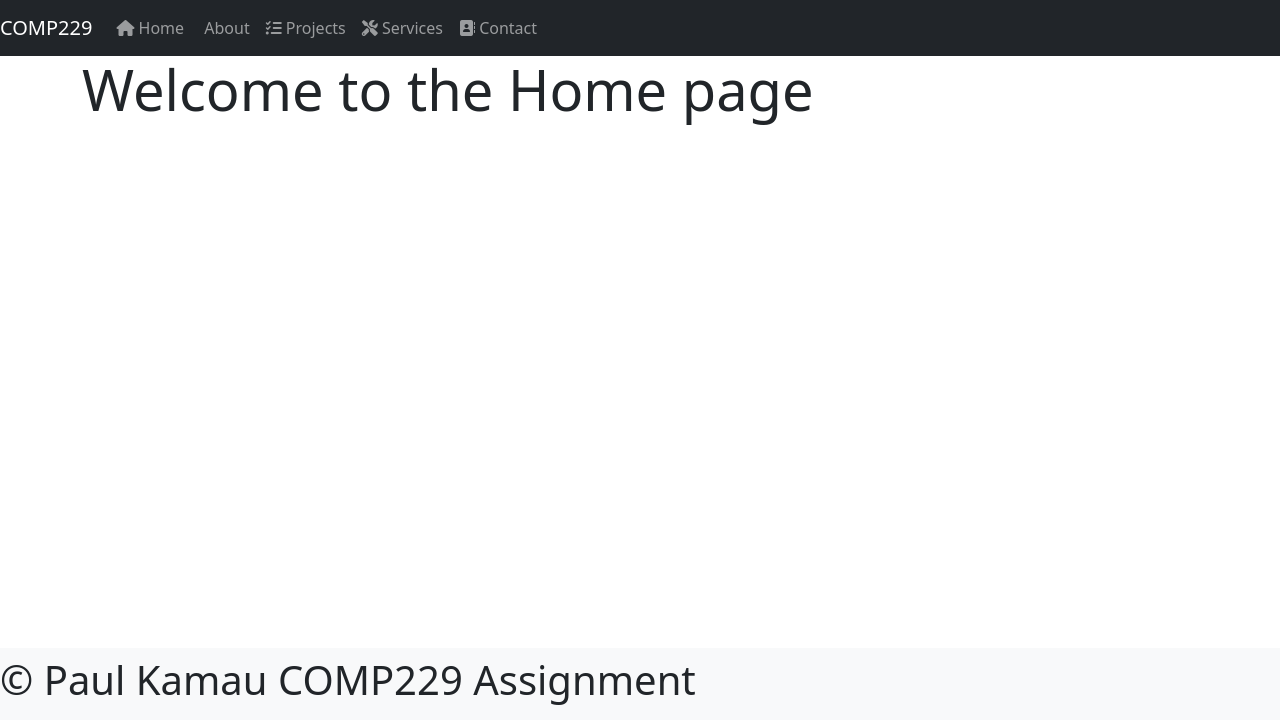
Repository: kiruriluap/COMP229-M2022-Labs
Page: http://localhost/home
An editor plug-in stored every save of this project. The page is shown before and after a run of saves, followed by the edit.
The browser window is 1280 px wide. The pictures show the whole page.
The page is served by the project's Node server (server.js). Other server files are loaded and not shown.

Above is the page before, as saved 2022-05-28 18:09:48.

### week3-6 Partials - Copy - Copy/views/index.ejs
<!DOCTYPE html>
<html lang="en">
<head>
  <meta charset="UTF-8">
  <meta http-equiv="X-UA-Compatible" content="IE=edge">
  <meta name="viewport" content="width=device-width, initial-scale=1.0">
  <title><%= title %></title>
<!-- CSS Section -->
<link rel="stylesheet" href="/bootstrap/dist/css/bootstrap.min.css">
<link rel="stylesheet" href="/@fortawesome/fontawesome-free/css/all.min.css">
  <link rel='stylesheet' href='/content/app.css' />
</head>
<body>
  <!-- Main Navigator -->
  <nav class="navbar navbar-expand-lg navbar-dark bg-dark">
    <!-- <div class="container-fluid"> -->
      <a class="navbar-brand" href="/">COMP229</a>
      <button class="navbar-toggler" type="button" data-bs-toggle="collapse" data-bs-target="#navbarSupportedContent" aria-controls="navbarSupportedContent" aria-expanded="false" aria-label="Toggle navigation">
        <span class="navbar-toggler-icon"></span>
      </button>

      <div class="collapse navbar-collapse" id="navbarSupportedContent">
        <ul class="navbar-nav ml-auto">

          <% if(title == "Home"){%>
            <li class="nav-item active">
          <%}
          else{%>
            <li class="nav-item ">
          <%} %>
            <a class="nav-link " href="/home"><i class="fa-solid fa-house"></i> Home </a>
          </li>

          <% if(title == "About"){%>
            <li class="nav-item active">
          <%}
          else{%>
            <li class="nav-item ">
          <%} %>
            <a class="nav-link " href="/about"><i class="fa-solid fa-golf-flag-hole"></i> About </a>
          </li>

          <% if(title == "Projects"){%>
            <li class="nav-item active">
          <%}
          else{%>
            <li class="nav-item ">
          <%} %>
            <a class="nav-link " href="Projects"><i class="fa-solid fa-list-check"></i> Projects </a>
          </li>

          <% if(title == "Services"){%>
            <li class="nav-item active">
          <%}
          else{%>
            <li class="nav-item ">
          <%} %>
            <a class="nav-link " href="/services"><i class="fa-solid fa-screwdriver-wrench"></i> Services </a>
          </li>

          <% if(title == "Contact"){%>
            <li class="nav-item active">
          <%}
          else{%>
            <li class="nav-item ">
          <%} %>
            <a class="nav-link " href="contact"><i class="fa-solid fa-address-book"></i> Contact </a>
          </li>

    </div>
  </nav>

  <!-- Main Content -->
  <main class="container">
    <div class="jumbotron">
      <h1 class="display-4">Welcome to the <%= title %> page</h1>
      </div>
  </main>
<!--Bottom Nav-->
<footer>
  <nav class="navbar fixed-bottom navbar-light bg-light">
  <h1 class="display-6">&copy; Paul Kamau COMP229 Assignment
</nav>
  </footer>

<!-- Script Section -->
<script src="/jquery/dist/jquery.min.js"></script>
<script src="/bootstrap/dist/js/bootstrap.min.js"></script>
    <script src="/Scripts/app.js"></script>
</body>
</html>

### week3-6 Partials - Copy - Copy/server.js
#!/usr/bin/env node

/**
 * Module dependencies.
 */

var app = require('./app');
var debug = require('debug')('week3-2:server');
var http = require('http');

/**
 * Get port from environment and store in Express.
 */

var port = normalizePort(process.env.PORT || '3000');
app.set('port', port);

/**
 * Create HTTP server.
 */

var server = http.createServer(app);

/**
 * Listen on provided port, on all network interfaces.
 */

server.listen(port);
server.on('error', onError);
server.on('listening', onListening);

/**
 * Normalize a port into a number, string, or false.
 */

function normalizePort(val) {
  var port = parseInt(val, 10);

  if (isNaN(port)) {
    // named pipe
    return val;
  }

  if (port >= 0) {
    // port number
    return port;
  }

  return false;
}

/**
 * Event listener for HTTP server "error" event.
 */

function onError(error) {
  if (error.syscall !== 'listen') {
    throw error;
  }

  var bind = typeof port === 'string'
    ? 'Pipe ' + port
    : 'Port ' + port;

  // handle specific listen errors with friendly messages
  switch (error.code) {
    case 'EACCES':
      console.error(bind + ' requires elevated privileges');
      process.exit(1);
      break;
    case 'EADDRINUSE':
      console.error(bind + ' is already in use');
      process.exit(1);
      break;
    default:
      throw error;
  }
}

/**
 * Event listener for HTTP server "listening" event.
 */

function onListening() {
  var addr = server.address();
  var bind = typeof addr === 'string'
    ? 'pipe ' + addr
    : 'port ' + addr.port;
  debug('Listening on ' + bind);
}

### week3-6 Partials - Copy - Copy/routes/index.js
var express = require('express');
var router = express.Router();

/* GET Home page. */
router.get('/', function(req, res, next) {
  res.render('index', { title: 'Home' });
});

/* GET Home page. */
router.get('/home', function(req, res, next) {
  res.render('index', { title: 'Home' });
});

/* GET About Me page. */
router.get('/about', function(req, res, next) {
  res.render('index', { title: 'About' });
});

/* GET Projects page. */
router.get('/projects', function(req, res, next) {
  res.render('index', { title: 'Projects' });
});

/* GET Services page. */
router.get('/services', function(req, res, next) {
  res.render('index', { title: 'Services' });
});

/* GET Contact page. */
router.get('/Contact', function(req, res, next) {
  res.render('index', { title: 'Contact' });
});

module.exports = router;

### week3-6 Partials - Copy - Copy/app.js
//installed 3rd party packages
let createError = require('http-errors');
let express = require('express');
let path = require('path');
let cookieParser = require('cookie-parser');
let logger = require('morgan');

let indexRouter = require('./routes/index');
let usersRouter = require('./routes/users');

let app = express();

// view engine setup
app.set('views', path.join(__dirname, 'views'));
app.set('view engine', 'ejs');//express -e

app.use(logger('dev'));
app.use(express.json());
app.use(express.urlencoded({ extended: false }));
app.use(cookieParser());
app.use(express.static(path.join(__dirname, 'public')));
app.use(express.static(path.join(__dirname, 'node_modules')));

app.use('/', indexRouter);
app.use('/users', usersRouter);

// catch 404 and forward to error handler
app.use(function(req, res, next) {
  next(createError(404));
});

// error handler
app.use(function(err, req, res, next) {
  // set locals, only providing error in development
  res.locals.message = err.message;
  res.locals.error = req.app.get('env') === 'development' ? err : {};

  // render the error page
  res.status(err.status || 500);
  res.render('error');
});

module.exports = app;

### week3-6 Partials - Copy - Copy/public/Scripts/app.js
//IIFE --Immedistely involved function expression
(function(){

function start()
{
console.log("App started........");
}

window.addEventListener("load", start);

})();

### week3-6 Partials - Copy - Copy/public/Content/app.css
/* custom css goes here */

After the next 4 saves:
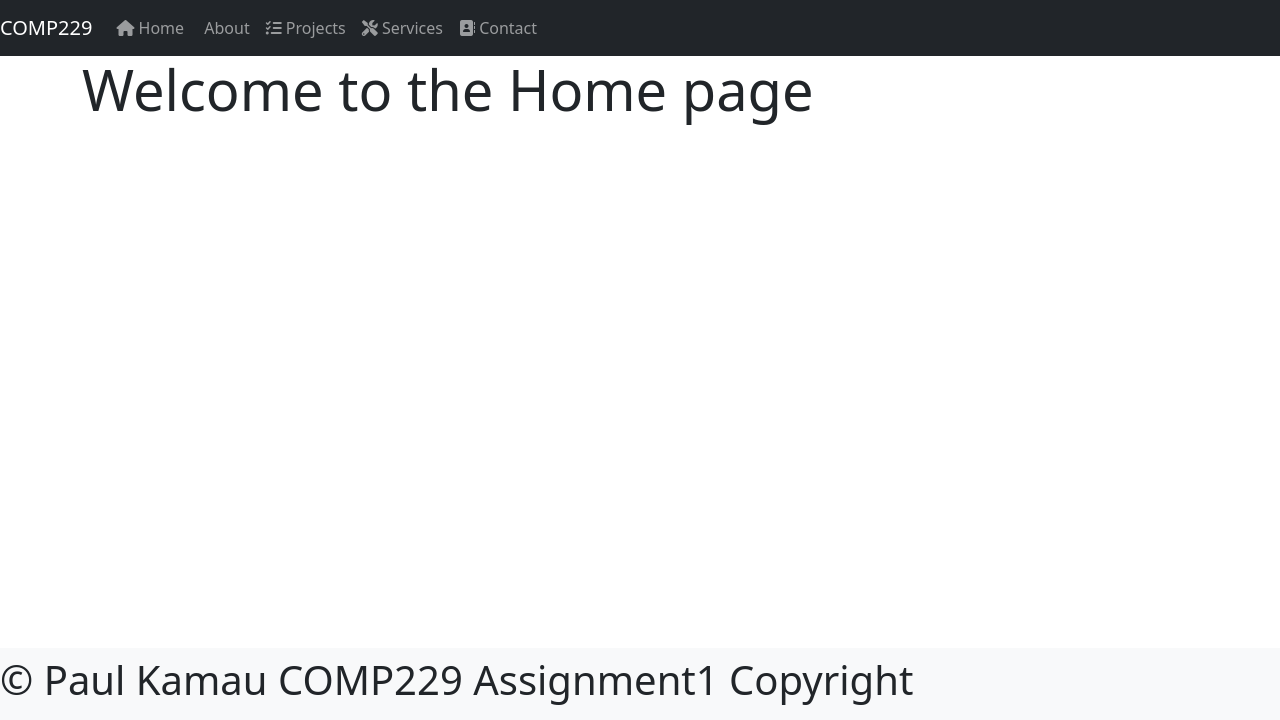
The 4 saves are shown as one change because they came seconds apart.
The last was saved 11 s later.
--- a/week3-6 Partials - Copy - Copy/views/index.ejs
+++ b/week3-6 Partials - Copy - Copy/views/index.ejs
@@ -79,7 +79,7 @@
 <!--Bottom Nav-->
 <footer>
   <nav class="navbar fixed-bottom navbar-light bg-light">
-  <h1 class="display-6">&copy; Paul Kamau COMP229 Assignment
+  <h1 class="display-6">&copy; Paul Kamau COMP229 Assignment1 Copyright
 </nav>
   </footer>
 
